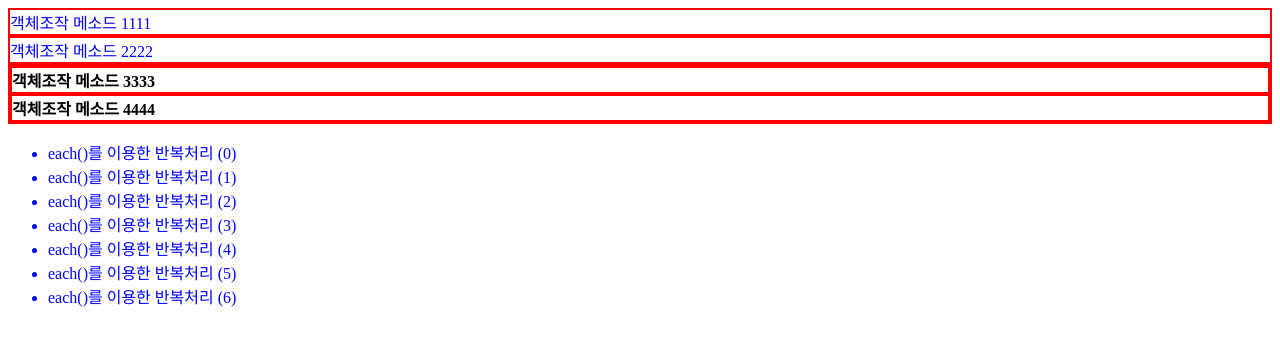
Repository: KangSuA/JSP
Page: webApp/src/main/webapp/jquery/jq06_object.html
An editor plug-in stored every save of this project. The page is shown before and after the next save, followed by the edit.
The browser window is 1280 px wide. The pictures show the whole page.

Above is the page before, as saved 2023-02-14 07:08:32.

After the next save:
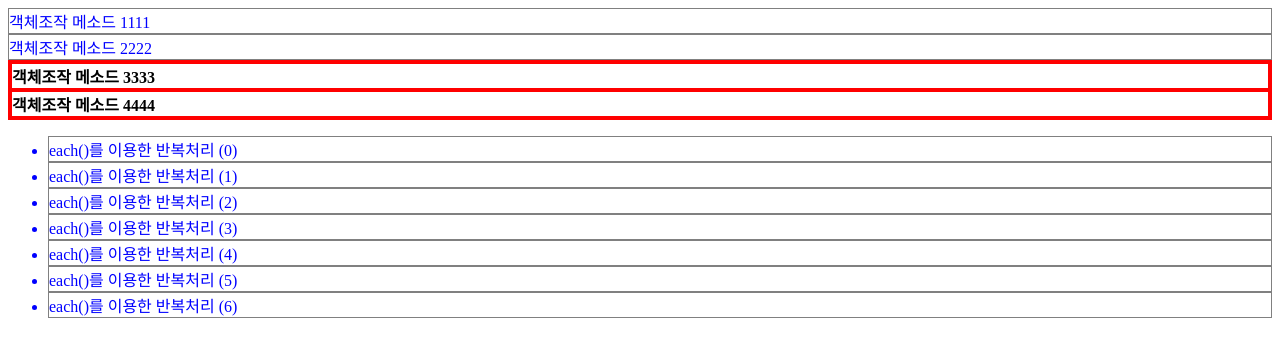
Saved 24 s later.
--- a/webApp/src/main/webapp/jquery/jq06_object.html
+++ b/webApp/src/main/webapp/jquery/jq06_object.html
@@ -6,7 +6,7 @@
 <script src="https://cdnjs.cloudflare.com/ajax/libs/jquery/3.6.3/jquery.min.js" ></script>
 <style>
 	div{border:2px solid red; marign:5px;}
-	.c1{color:blue; border:1px solid:gray;}
+	.c1{color:blue; border:1px solid gray;}
 </style>
 <script>
 	$(function(){
